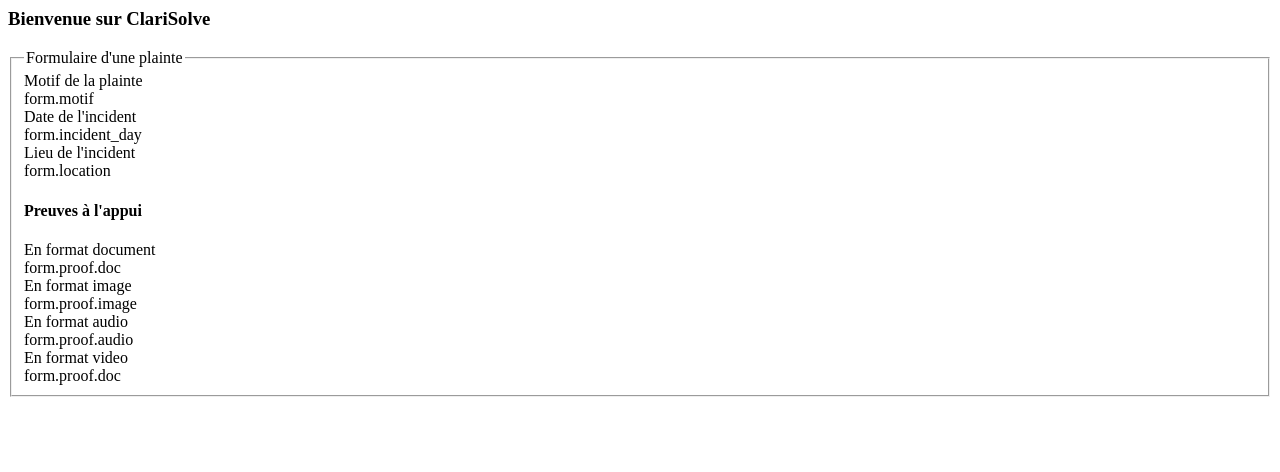
Repository: Senare1/PlaintEasy
Page: complaints/templates/complaints/register.html
The author's editor kept a copy of each file at every save. The page is drawn from the files as they stood at one save, then again after the next save.
The browser window is 1280 px wide. The pictures show the whole page.
The template is drawn by Django 4.2. The application's start-up code is not run. The template is opened directly, without the code that normally fills it, so the values that code supplies are empty.

Above is the page before, as saved 2024-08-01 14:14:17.

After the next save:
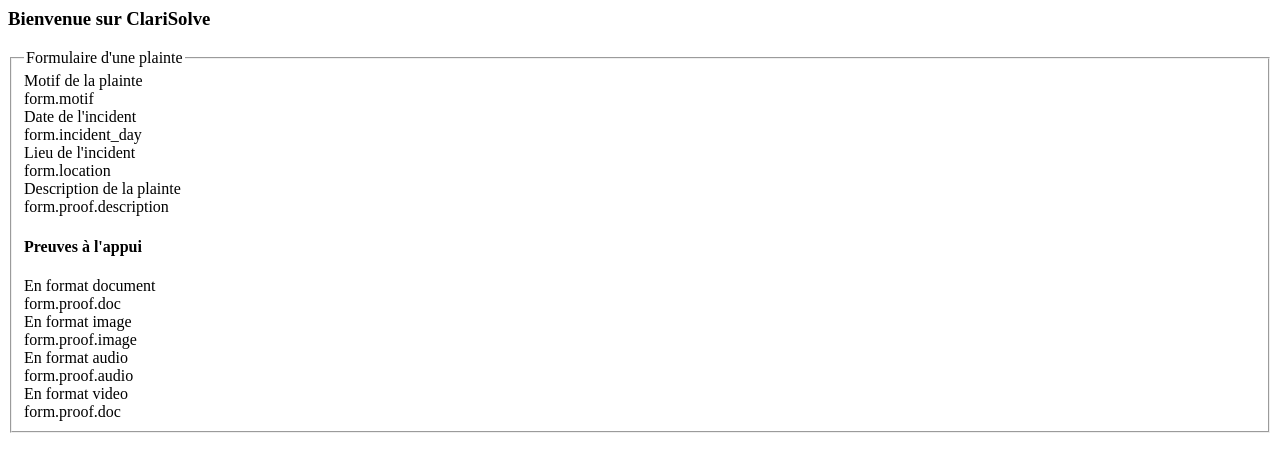
Saved 80 s later.
--- a/complaints/templates/complaints/register.html
+++ b/complaints/templates/complaints/register.html
@@ -29,6 +29,13 @@
             <div class="col">
                 form.location
             </div>
+        </div>
+
+        <div class="col">
+            <label for="id_motif">Description de la plainte</label>
+        </div>
+        <div class="col">
+            form.proof.description
         </div>
 
         <div class="row py-2">
